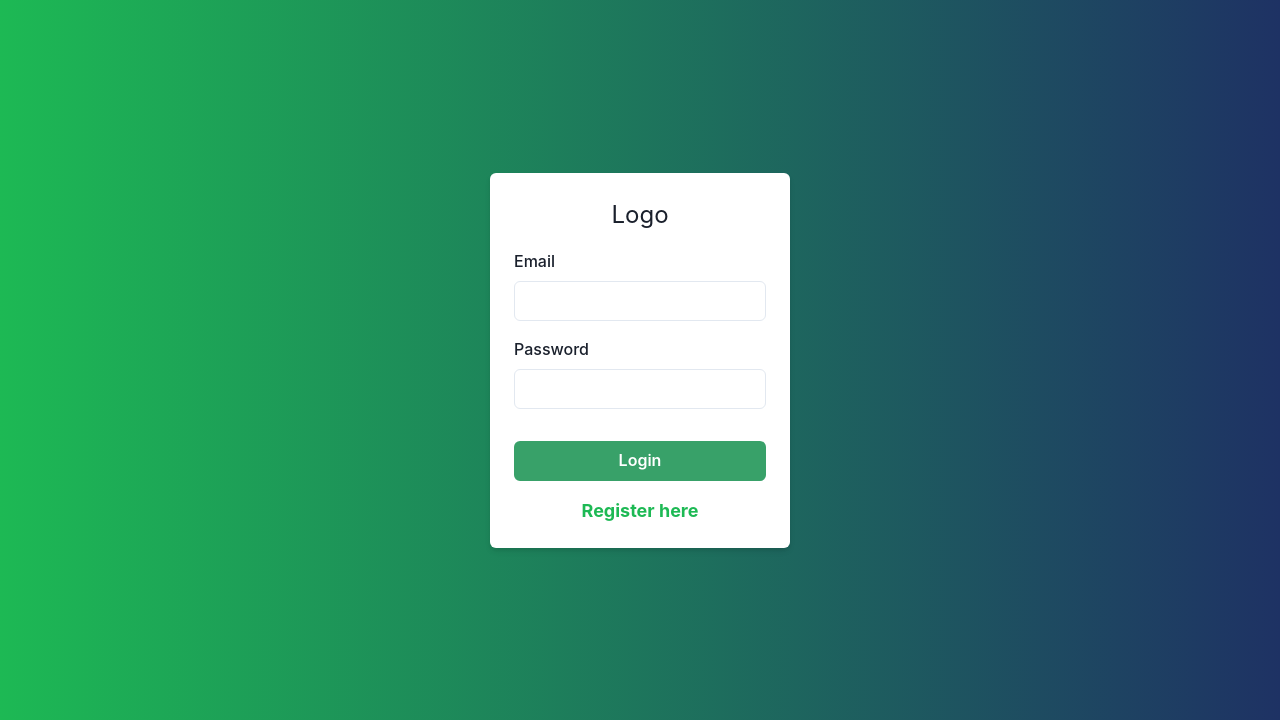
Repository: vbmn-cin-ufpe/todolist-front
Page: /
These files come from the project's save history. The page is drawn as it stood at one moment and after the next save; the edit follows.
The browser window is 1280 px wide. The pictures show the whole page.
The project was rebuilt for these pictures with package versions that can differ from the ones it lists, and the page was loaded fresh each time. Also part of the build but not shown: vite.config.ts, src/pages/RegisterPage.tsx, src/pages/HomePage.tsx.

Above is the page before, as saved 2024-07-23 03:29:43.

After the next save:
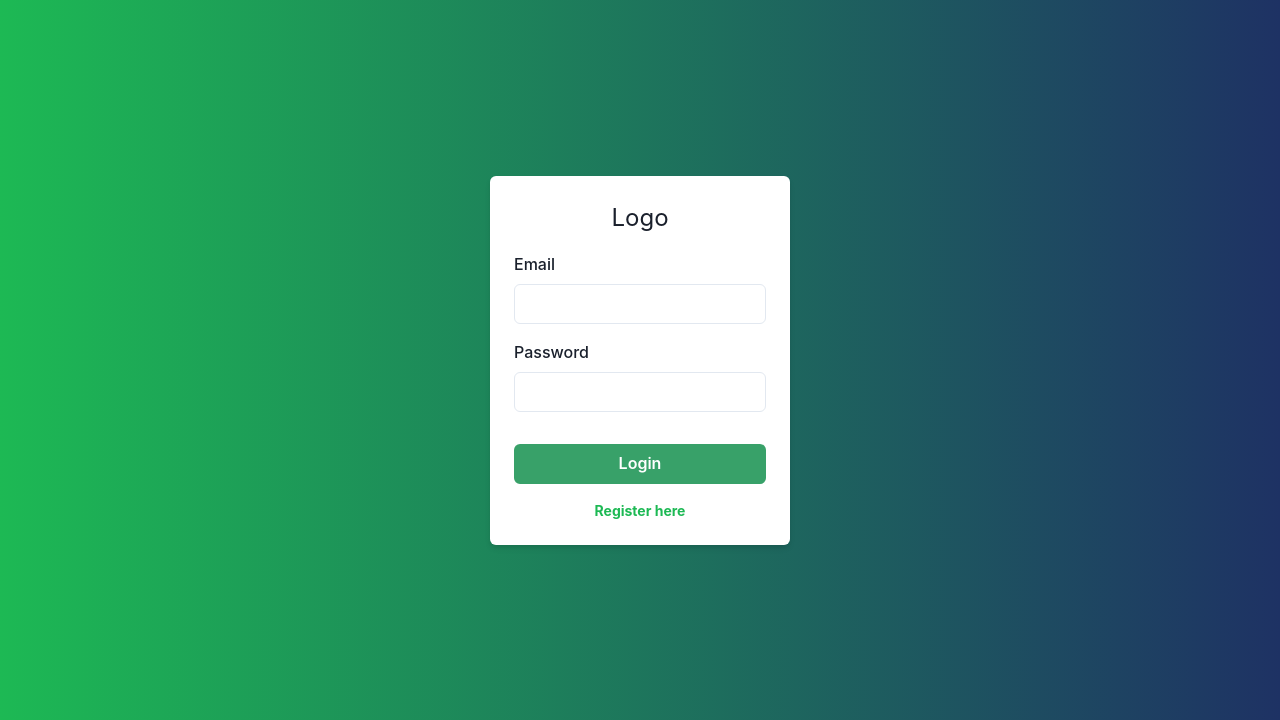
Saved 10 s later.
--- a/src/pages/LoginPage.tsx
+++ b/src/pages/LoginPage.tsx
@@ -44,7 +44,7 @@ const LoginPage = ({ setPage }) => {
             <Input type="password" value={password} onChange={(e) => setPassword(e.target.value)} />
           </FormControl>
           <Button colorScheme="green" onClick={handleLogin} width="100%" mt="4">Login</Button>
-          <Text fontSize="lg" fontWeight="bold" color="#1DB954" cursor="pointer" onClick={() => setPage('register')}>
+          <Text fontSize="sm" fontWeight="bold" color="#1DB954" cursor="pointer" onClick={() => setPage('register')}>
             Register here
           </Text>
         </VStack>
